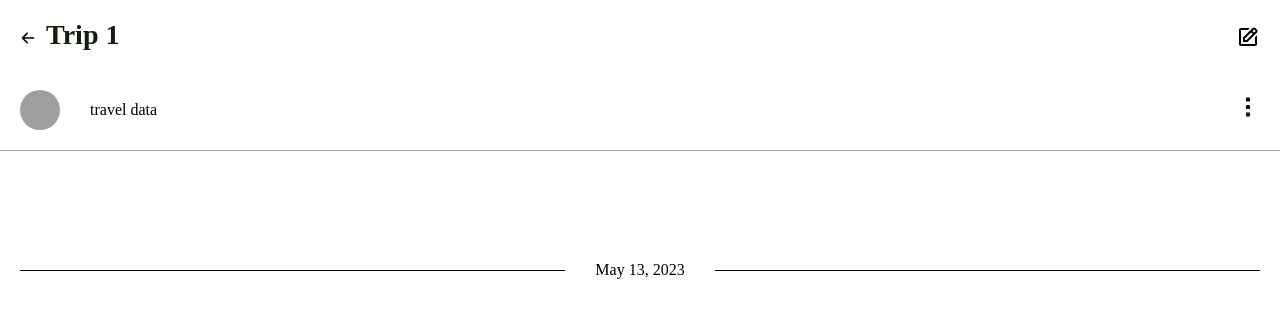
Repository: Abhi2359/PWA_Corider
Page: /
These files come from the project's save history. The page is drawn as it stood at one moment and after the next save; the edit follows.
The browser window is 1280 px wide. The pictures show the whole page.
Pictures or frames that could not be fetched are drawn as grey boxes. The page's requests for data from a server got no answer. The project was rebuilt for these pictures with package versions that can differ from the ones it lists, and the page was loaded fresh each time. No one was signed in, and anything a server would have sent is missing. Also part of the build but not shown: vite.config.js.

Above is the page before, as saved 2023-05-13 02:39:39.

After the next save:
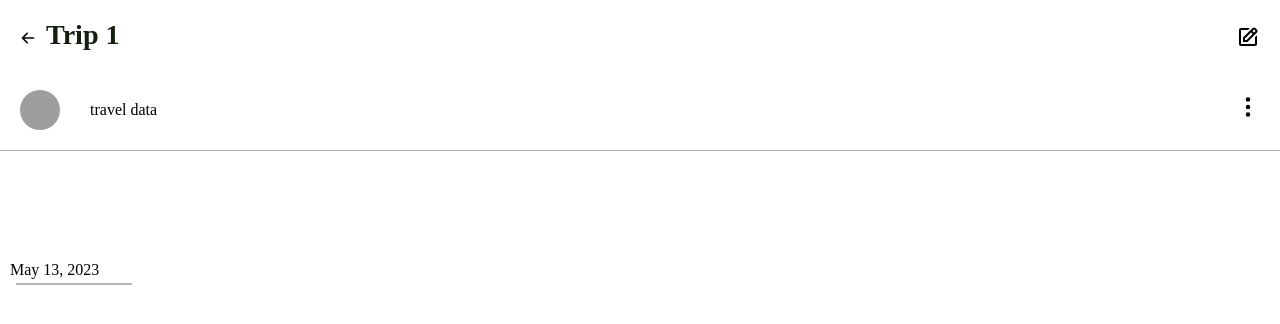
Saved 104 s later.
--- a/src/App.css
+++ b/src/App.css
@@ -81,9 +81,13 @@ color: #141E0D;
 
   .date-line {
     flex-grow: 1;
-    height: 1px;
-    background-color: black;
-    margin: 0 20px;
+    position: absolute;
+    width: 116px;
+    height: 0px;
+    left: 16px;
+    top: 283px;
+
+    border: 1px solid #B7B7B7;
   }
 
   .date {
